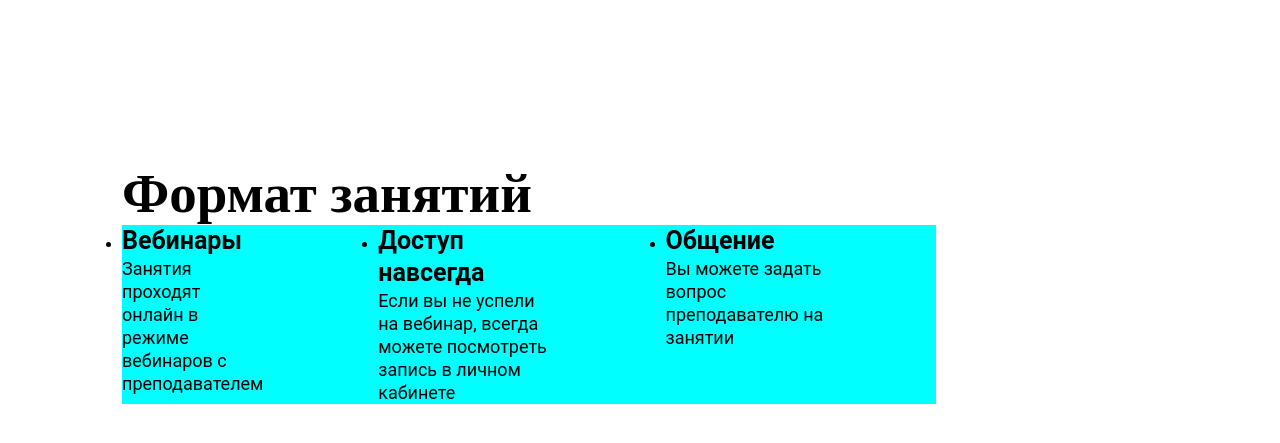
Repository: mirali879/previous-proj
Page: index.html
An editor plug-in stored every save of this project. The page is shown before and after a run of saves, followed by the edit.
The browser window is 1280 px wide. The pictures show the whole page.

Above is the page before, as saved 2023-05-06 19:10:54.

### index.html
<!DOCTYPE html>
<html lang="en">
  <head>
    <meta charset="UTF-8" />
    <meta http-equiv="X-UA-Compatible" content="IE=edge" />
    <meta name="viewport" content="width=device-width, initial-scale=1.0" />
    <link rel="stylesheet" href="/style.css" />
    <title>Document</title>
  </head>
  <body>
    <div class="page-1">
      <h1>Формат занятий</h1>

      <ul class="row">
        <li class="col col-1">
          <h3>Вебинары</h3>
          <span
            >Занятия проходят онлайн в режиме вебинаров с преподавателем</span
          >
        </li>
        <li class="col col-2">
          <h3>Доступ навсегда</h3>
          <span
            >Если вы не успели на вебинар, всегда можете посмотреть запись в
            личном кабинете</span
          >
        </li>
        <li class="col col-3">
          <h3>Общение</h3>
          <span>Вы можете задать вопрос преподавателю на занятии</span>
        </li>
      </ul>
    </div>

    <!-- <div class="container">
      <h1>Что узнаем?</h1>

      <div class="row">
        <ul class="list">
          <li>Кто чем занят в съёмочной группе;</li>
          <li>На какие этапы делится кинопроизводство;</li>
          <li>
            Как выглядит сценарий фильма и как он меняется по ходу съёмок;
          </li>
          <li>
            Какими методами режиссёры заставляют нас смеяться, плакать и
            грустить;
          </li>
          <li>
            Как построение кадра, музыка и свет помогают считывать заложенные в
            фильм смыслы;
          </li>
          <li>
            Какие жанры есть в кино и как от них зависит работа операторов,
            осветителей и монтажёров;
          </li>
          <li>Как, зная всё это, понимать, о чем фильм.</li>
        </ul>
      </div>
    </div> -->

    <!-- <div class="container2">
        <h1>Программа курса</h1>
        <div class="box-row">
            <div class="box">
                <img src="/images/pic-1.png" alt="">
                <h3>1. Как создают кино</h3>
                <div class="div">
                    8 сентября 20:00 Данила Кузнецов
                </div>
            </div>

            <div class="box">
                <img src="/images/pic-1.png" alt="">
                <h3>1. Как создают кино</h3>
                <div class="div">
                    8 сентября 20:00 Данила Кузнецов
                </div>
            </div>

            <div class="box">
                <img src="/images/pic-1.png" alt="">
                <h3>1. Как создают кино</h3>
                <div class="div">
                    8 сентября 20:00 Данила Кузнецов
                </div>
            </div>

            <div class="box">
                <img src="/images/pic-1.png" alt="">
                <h3>1. Как создают кино</h3>
                <div class="div">
                    8 сентября 20:00 Данила Кузнецов
                </div>
            </div>

            <div class="box">
                <img src="/images/pic-1.png" alt="">
                <h3>1. Как создают кино</h3>
                <div class="div">
                    8 сентября 20:00 Данила Кузнецов
                </div>
            </div>

            <div class="box">
                <img src="/images/pic-1.png" alt="">
                <h3>1. Как создают кино</h3>
                <div class="div">
                    8 сентября 20:00 Данила Кузнецов
                </div>
            </div>

            <div class="box">
                <img src="/images/pic-1.png" alt="">
                <h3>1. Как создают кино</h3>
                <div class="div">
                    8 сентября 20:00 Данила Кузнецов
                </div>
            </div>

            <div class="box">
                <img src="/images/pic-1.png" alt="">
                <h3>1. Как создают кино</h3>
                <div class="div">
                    8 сентября 20:00 Данила Кузнецов
                </div>
            </div>
        </div>
    </div> -->
  </body>
</html>

### style.css
* {
  margin: 0;
  padding: 0;
}

.page-1 {
  padding: 162px 344px 188px 122px;
}

.page-1 h1 {
  font-family: Roboto Slab;
  font-size: 55px;
  font-weight: 700;
  text-align: left;
}

ul {
  background-color: aqua;
  display: flex;
}
li {
  margin-right: 112px;
}
.col-1 {
  width: 223px;
}
.col-2 {
  width: 271px;
}
.col-3 {
  width: 245px;
}

ul .col h3 {
  font-family: Roboto;
  font-size: 25px;
  font-weight: 700;
  line-height: 32px;
  letter-spacing: 0em;
  text-align: left;
}

.col span {
  font-family: Roboto;
  font-size: 18px;
  font-weight: 400;
  line-height: 23px;
  letter-spacing: 0em;
  text-align: left;
}

.list{
    width: 666px;
}

.list li {
  font-family: Roboto;
  font-size: 24px;
  font-weight: 400;
  line-height: 36px;
  letter-spacing: 0em;
  text-align: left;
}


.container2{
    padding: 0 85px 0 85px;
}

.box-row{
    display: flex;
    background-color: aqua;
    width: 100%;
    flex-wrap: wrap;

}


.box-row .box{
    width: 399px;
}

After the next 4 saves:
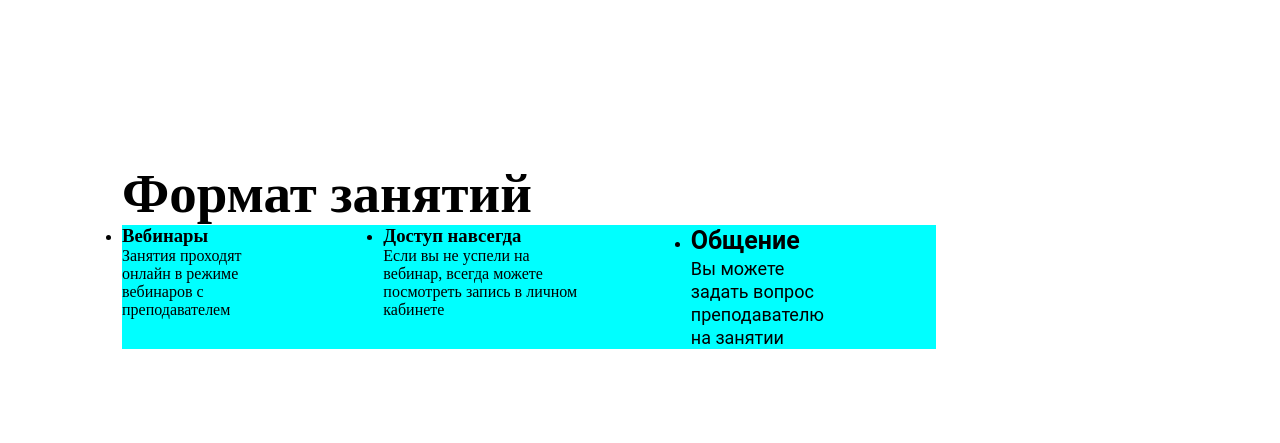
The 4 saves are shown as one change because they came seconds apart.
The last was saved 26 s later.
--- a/index.html
+++ b/index.html
@@ -11,14 +11,14 @@
     <div class="page-1">
       <h1>Формат занятий</h1>
 
-      <ul class="row">
-        <li class="col col-1">
+      <ul>
+        <li >
           <h3>Вебинары</h3>
           <span
             >Занятия проходят онлайн в режиме вебинаров с преподавателем</span
           >
         </li>
-        <li class="col col-2">
+        <li >
           <h3>Доступ навсегда</h3>
           <span
             >Если вы не успели на вебинар, всегда можете посмотреть запись в
